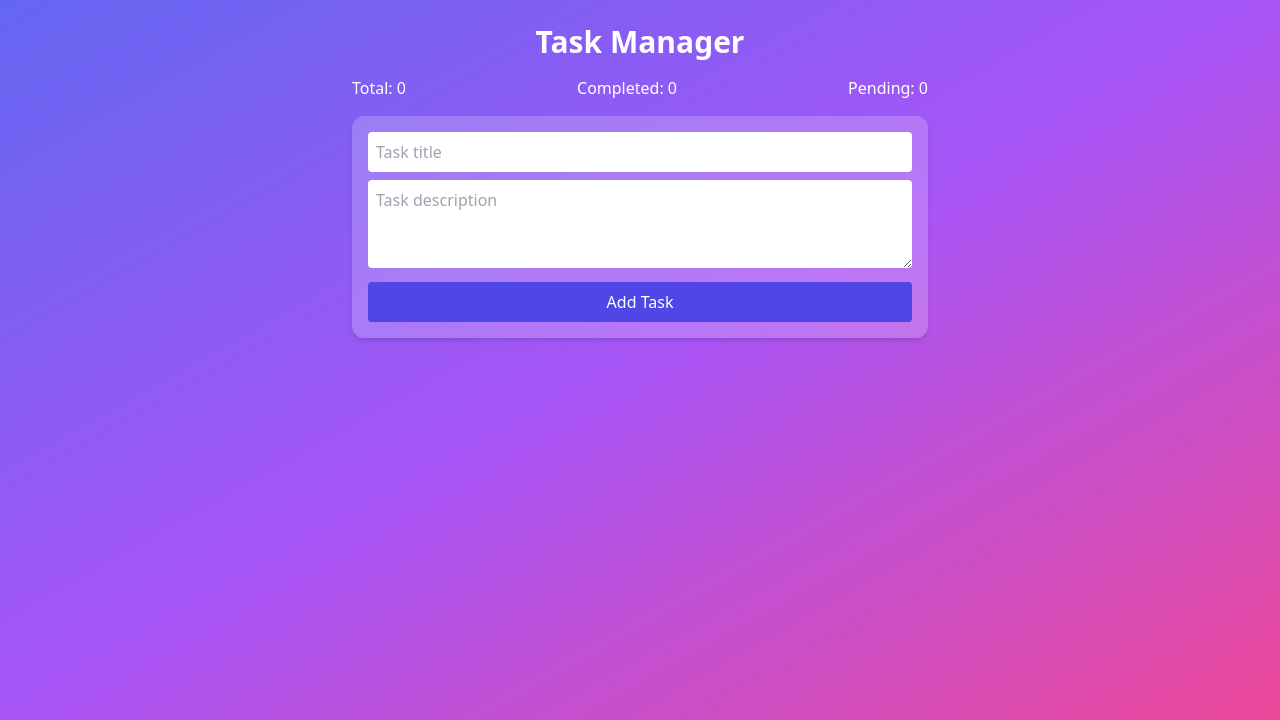
Repository: Meenakshi-commits/mern-task-manager
Page: / (app in client/)
These files come from the project's save history. The page is drawn as it stood at one moment and after a run of saves; the edit follows.
The browser window is 1280 px wide. The pictures show the whole page.
The page's requests for data from a server got no answer. The project was rebuilt for these pictures with package versions that can differ from the ones it lists, and the page was loaded fresh each time. No one was signed in, and anything a server would have sent is missing. Also part of the build but not shown: client/vite.config.js, client/src/components/TaskItem.jsx.

Above is the page before, as saved 2026-01-08 12:12:29.

After the next 2 saves:
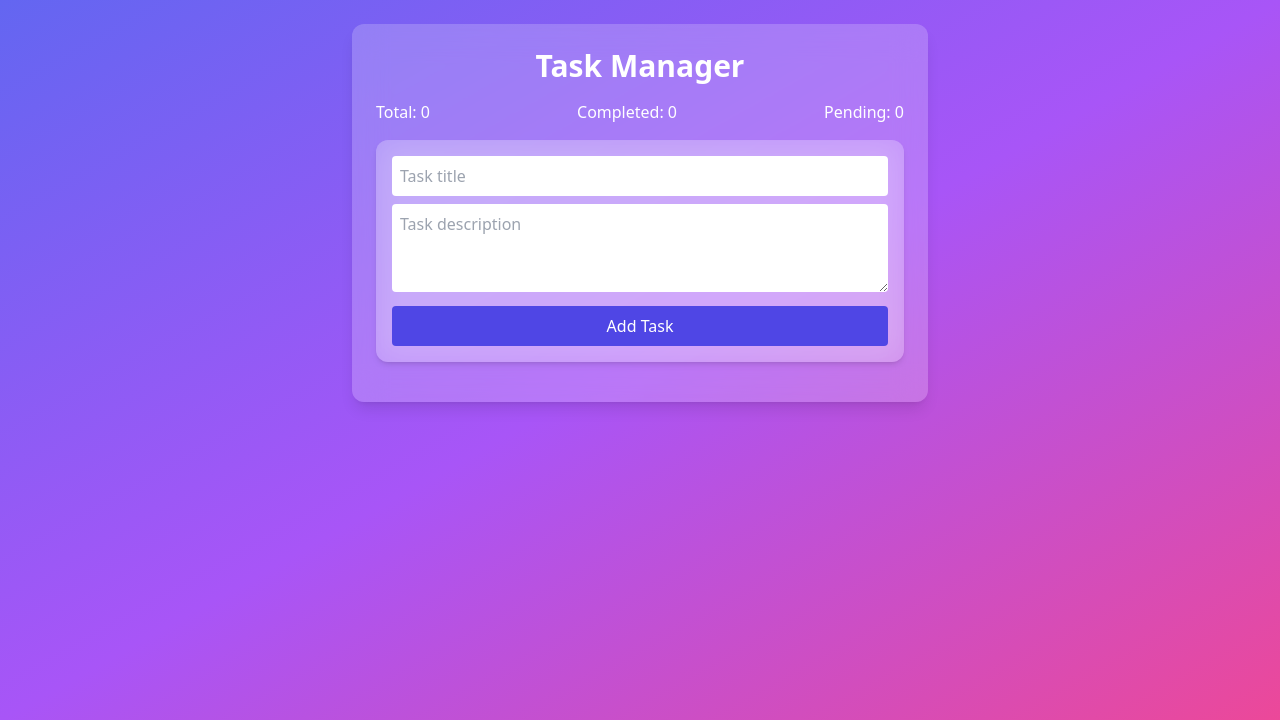
The 2 saves are shown as one change because they came seconds apart.
The last was saved 25 s later.
--- a/client/src/App.jsx
+++ b/client/src/App.jsx
@@ -19,21 +19,25 @@ export default function App() {
   const pending = tasks.length - completed;
 
   return (
-    <div className="min-h-screen bg-gradient-to-br from-indigo-500 via-purple-500 to-pink-500 p-6">
-      <div className="max-w-xl mx-auto text-white">
-        <h1 className="text-3xl font-bold text-center mb-4">
-          Task Manager
-        </h1>
+  <div className="min-h-screen bg-gradient-to-br from-indigo-500 via-purple-500 to-pink-500 p-6">
 
-        <div className="flex justify-between mb-4">
-          <span>Total: {tasks.length}</span>
-          <span>Completed: {completed}</span>
-          <span>Pending: {pending}</span>
-        </div>
+    {/* Glassmorphism Card */}
+    <div className="max-w-xl mx-auto bg-white/20 backdrop-blur-lg p-6 rounded-xl text-white shadow-lg">
 
-        <TaskForm fetchTasks={fetchTasks} />
-        <TaskList tasks={tasks} fetchTasks={fetchTasks} />
+      <h1 className="text-3xl font-bold text-center mb-4">
+        Task Manager
+      </h1>
+
+      <div className="flex justify-between mb-4">
+        <span>Total: {tasks.length}</span>
+        <span>Completed: {completed}</span>
+        <span>Pending: {pending}</span>
       </div>
+
+      <TaskForm fetchTasks={fetchTasks} />
+      <TaskList tasks={tasks} fetchTasks={fetchTasks} />
+
     </div>
-  );
+  </div>
+);
 }
